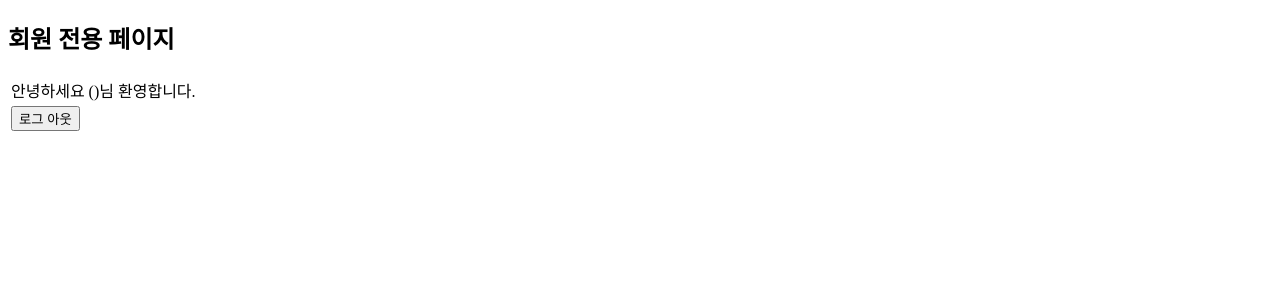
Repository: shinymusket/ideal-memory2
Page: http://localhost/web09/main.jsp
These files come from the project's save history. The page is drawn as it stood at one moment and after the next save; the edit follows.
The browser window is 1280 px wide. The pictures show the whole page.
The page is served by Tomcat 9.

Above is the page before, as saved 2022-06-15 00:17:07.

After the next save:
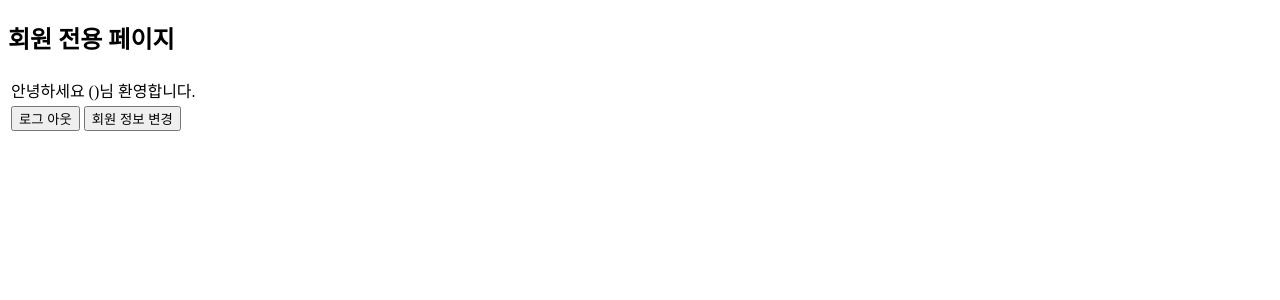
Saved 43 min 21 s later.
--- a/jspWorkSpace/web09/WebContent/main.jsp
+++ b/jspWorkSpace/web09/WebContent/main.jsp
@@ -18,6 +18,7 @@
 				<td>
 					<form action="LoS" method="get">
 						<input type="submit" value="로그 아웃">
+						<input type="button" value="회원 정보 변경"
 					</form>
 				</td>
 			</tr>
